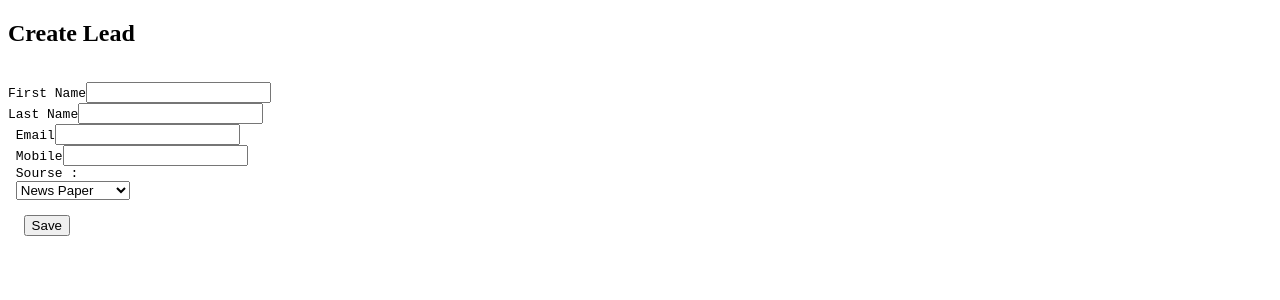
Repository: zuberahmed786/SpringBoot
Page: http://localhost/zohoCrmProject/WEB-INF/views/create_lead.jsp
An editor plug-in stored every save of this project. The page is shown before and after the next save, followed by the edit.
The browser window is 1280 px wide. The pictures show the whole page.
The page is served by Tomcat 9. Nobody is signed in. Other server files are loaded and not shown. The template is opened directly, without the code that normally fills it, so the values that code supplies are empty.

Above is the page before, as saved 2022-10-08 13:39:14.

### zohoCrmProject/src/main/webapp/WEB-INF/views/create_lead.jsp
<%@ page language="java" contentType="text/html; charset=ISO-8859-1"
    pageEncoding="ISO-8859-1"%>
<!DOCTYPE html>
<html>
<head>
<meta charset="ISO-8859-1">
<title>Create Lead</title>
</head>
<body>

<h2>Create Lead</h2>

<form action="">

<pre>

First Name<input type="text" name="firstName"/>
Last Name<input type="text" name="lastName"/>
 Email<input type="email" name="email"/>
 Mobile<input type="number" name="mobile"/>
 Sourse :
 <select name="sourse" >
 <option value="news_paper">News Paper</option>
 <option value="tv">TV Commercial</option>
 <option value="online">Online</option>
 <option value="seminar">Seminar</option>
 </select>

  <input type="submit" value="Save"/>
 </pre>



</form>

</body>
</html>

After the next save:
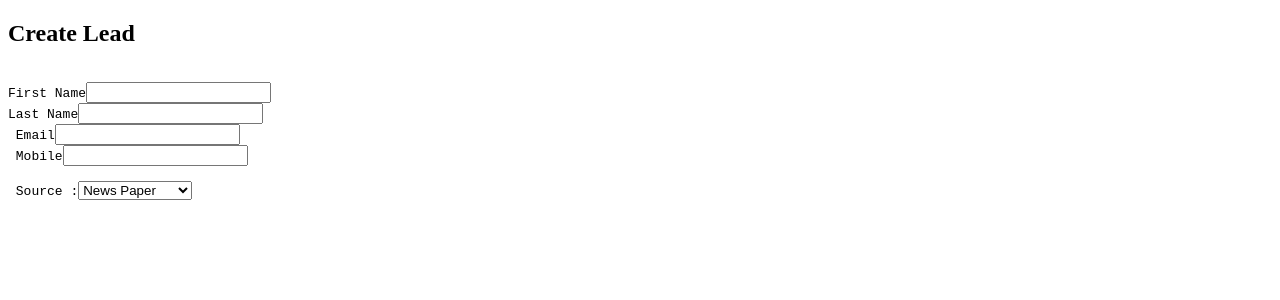
Saved 46 s later.
--- a/zohoCrmProject/src/main/webapp/WEB-INF/views/create_lead.jsp
+++ b/zohoCrmProject/src/main/webapp/WEB-INF/views/create_lead.jsp
@@ -18,15 +18,15 @@ First Name<input type="text" name="firstName"/>
 Last Name<input type="text" name="lastName"/>
  Email<input type="email" name="email"/>
  Mobile<input type="number" name="mobile"/>
- Sourse :
- <select name="sourse" >
+
+ Source :<select name="source" >
  <option value="news_paper">News Paper</option>
  <option value="tv">TV Commercial</option>
  <option value="online">Online</option>
  <option value="seminar">Seminar</option>
  </select>
 
-  <input type="submit" value="Save"/>
+
  </pre>
 
 
